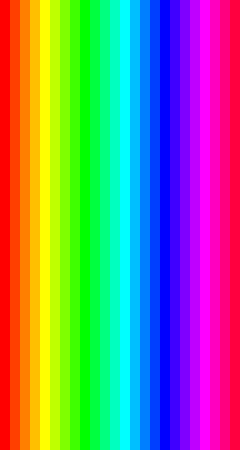
Repository: GitUserG1729/mapf
Script's output: python mapf_visualizer-py/color.py
These files come from the project's save history. The script's output is drawn as it stood at one moment and after the next save; the edit follows.
The window is shown after at most 60 frames with no key pressed. Random numbers start from a fixed seed.

Above is the script's output before, as saved 2021-07-19 16:09:07.

After the next save:
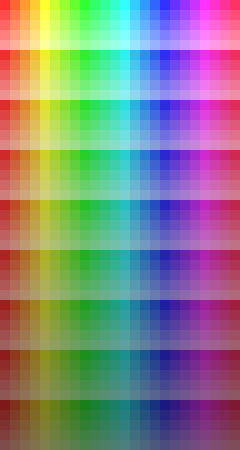
Saved 34 s later.
--- a/mapf_visualizer-py/color.py
+++ b/mapf_visualizer-py/color.py
@@ -56,7 +56,7 @@ def k_contrast_color(k_color, RGB_list, HSV_list):
           Ii = math.floor(i / (H_max_num*S_max_num))
           tmp_I = 1.0 - Ii * I_step
           RGB_list.append(HSI2RGB(tmp_H, tmp_S, tmp_I))
-          HSV_list.append([tmp_H, S, I])
+          HSV_list.append([tmp_H, tmp_S, tmp_I])
 
   else : # >2592
     print("[ERROR]: NUM OF COLOR IS TOO LARGE.")
